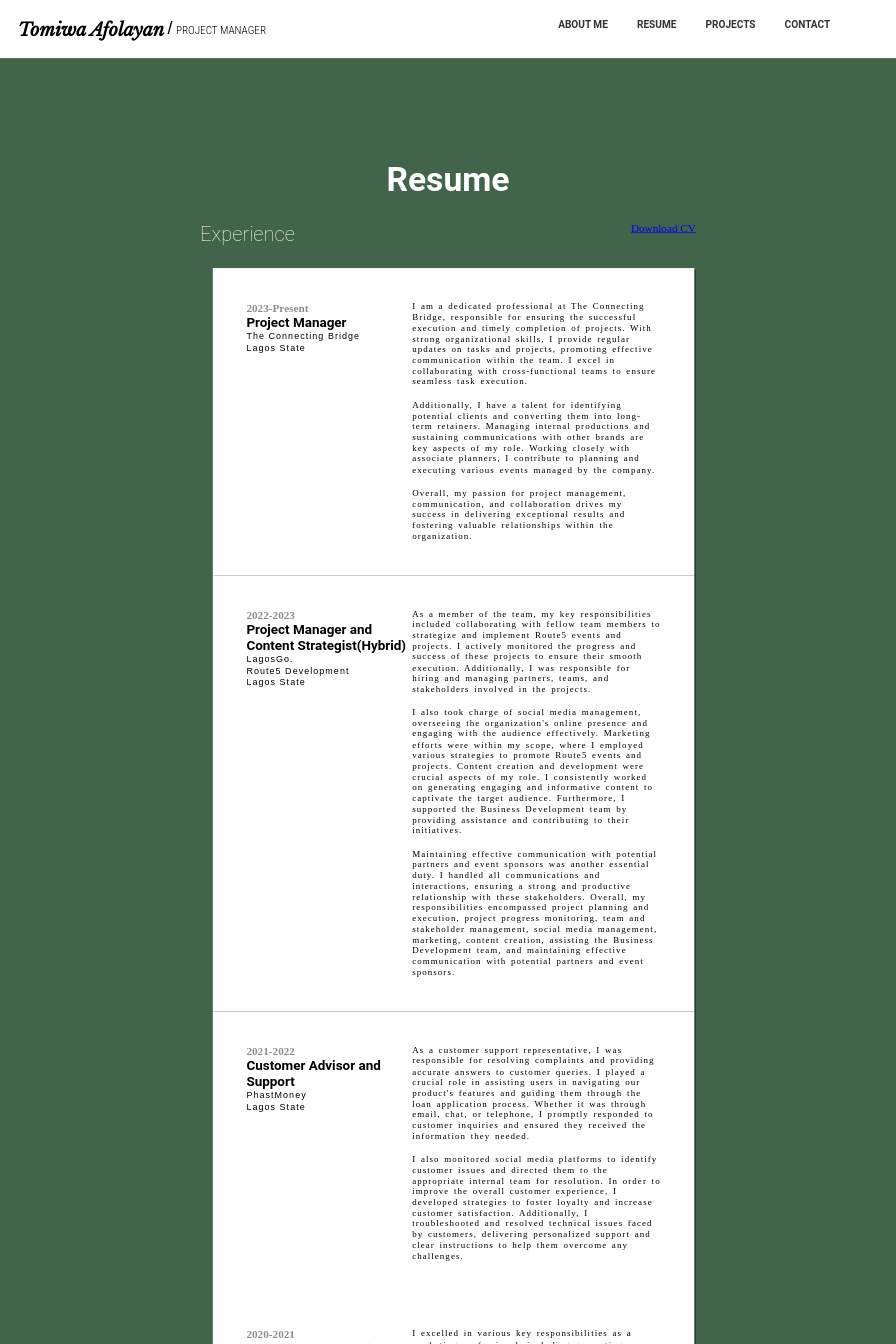
Repository: Nenepo/Tomiwa
Page: resume.html
An editor plug-in stored every save of this project. The page is shown before and after the next save, followed by the edit.
The browser window is 1280 px wide. The pictures show the part of the page from y = 0 to 1920 px (the page is 4880 px tall before and 4944 px after), at 70% of full size.
Some web fonts or font styles are not loaded; a fallback is used. Some web libraries are served in a nearby version.

Above is the page before, as saved 2023-07-14 10:52:35.
Console error: TypeError: Cannot read properties of null (reading 'addEventListener')

After the next save:
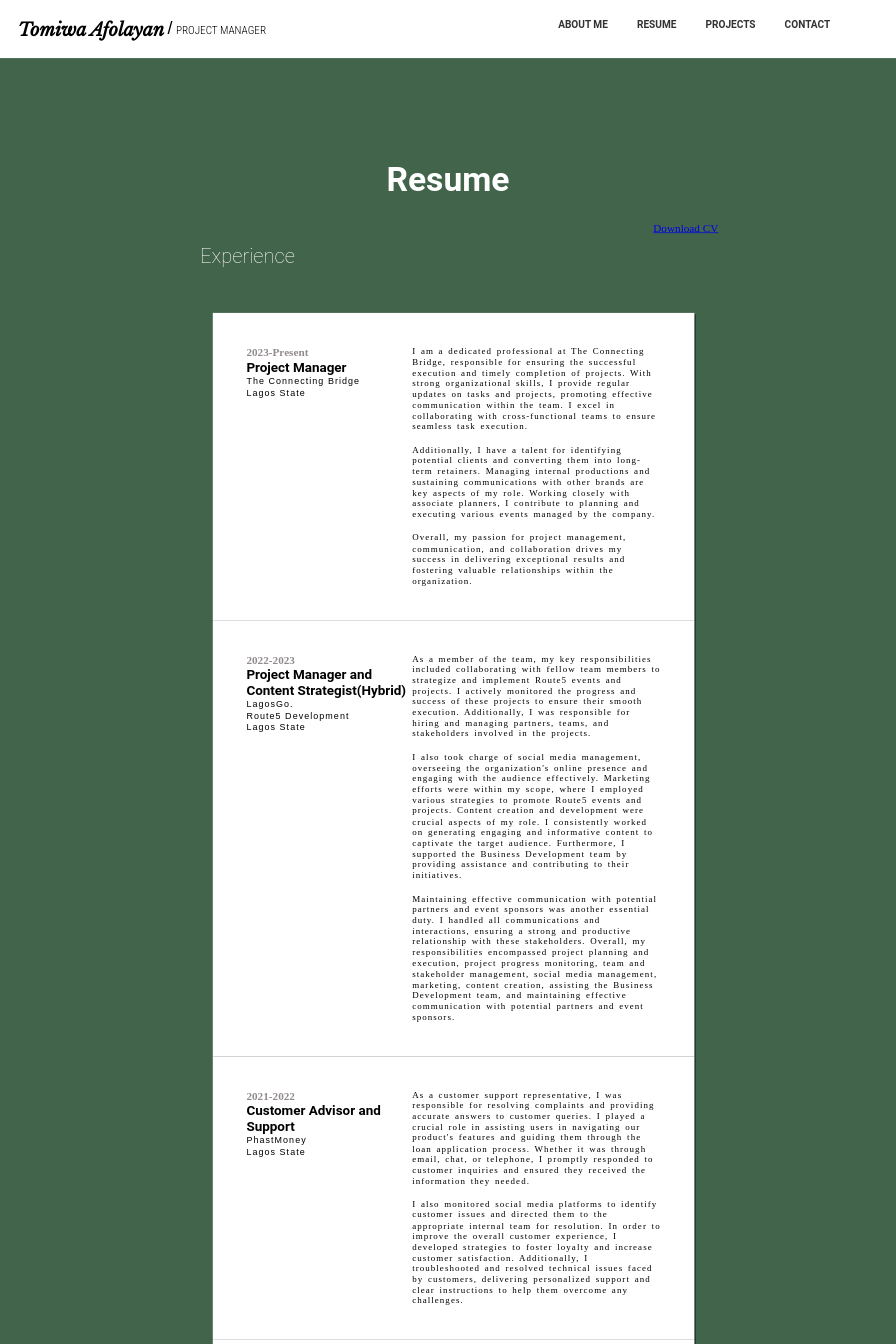
Saved 4 s later.
--- a/resume.html
+++ b/resume.html
@@ -66,7 +66,7 @@
       <section class="container-resume">
         <h2 class="resume">Resume</h2>
         <div class="experience">
-          <div class="exp"><h3>Experience</h3></div>
+          <div class="experience"><h3>Experience</h3></div>
           <div class="cv"> <a  href="../../cv/TomiwaCV.pdf" download>Download CV</a></div>
 
         </div>

After the save that followed:
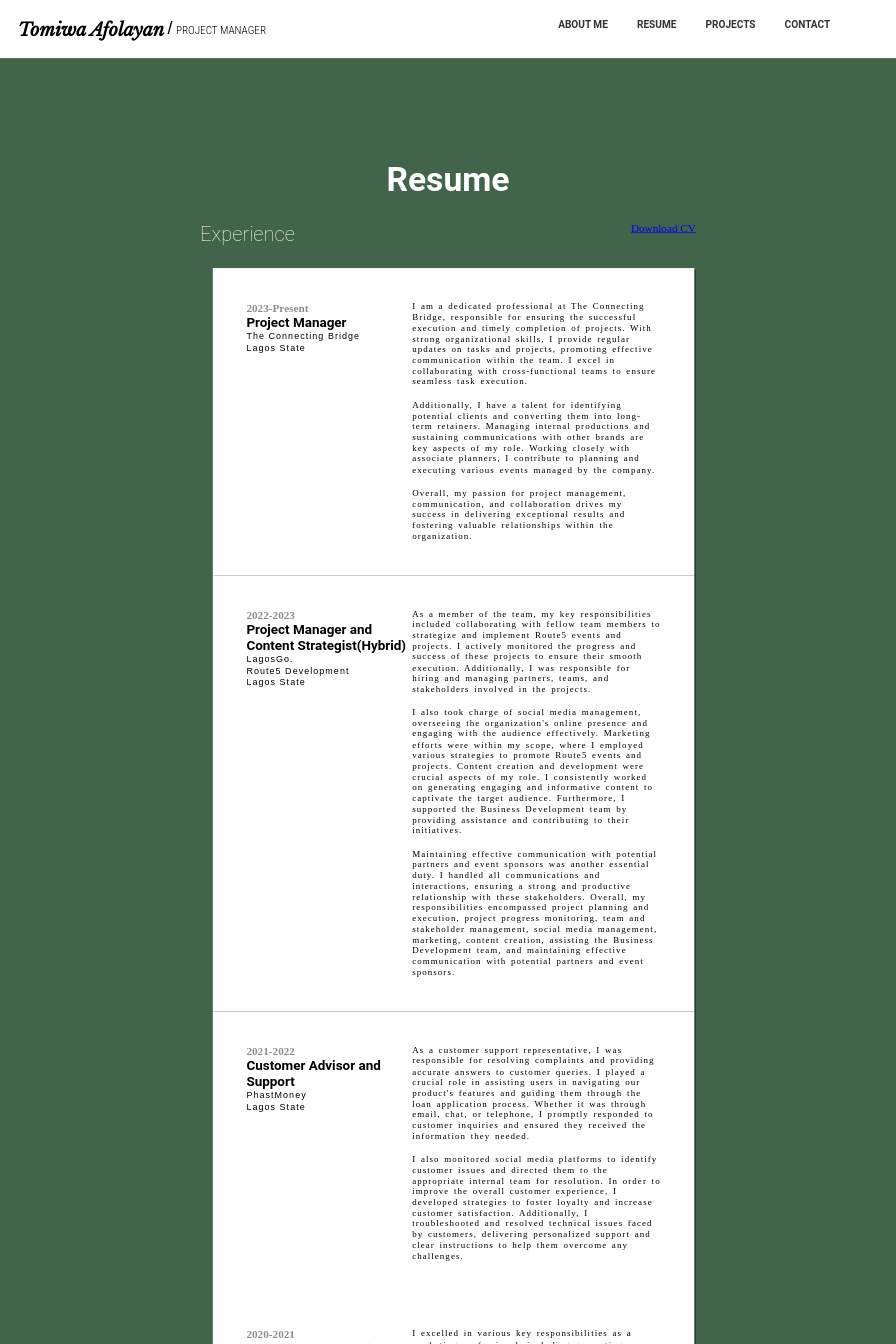
Saved 5 s later.
--- a/resume.html
+++ b/resume.html
@@ -66,7 +66,7 @@
       <section class="container-resume">
         <h2 class="resume">Resume</h2>
         <div class="experience">
-          <div class="experience"><h3>Experience</h3></div>
+          <div class="experience-text"><h3>Experience</h3></div>
           <div class="cv"> <a  href="../../cv/TomiwaCV.pdf" download>Download CV</a></div>
 
         </div>
